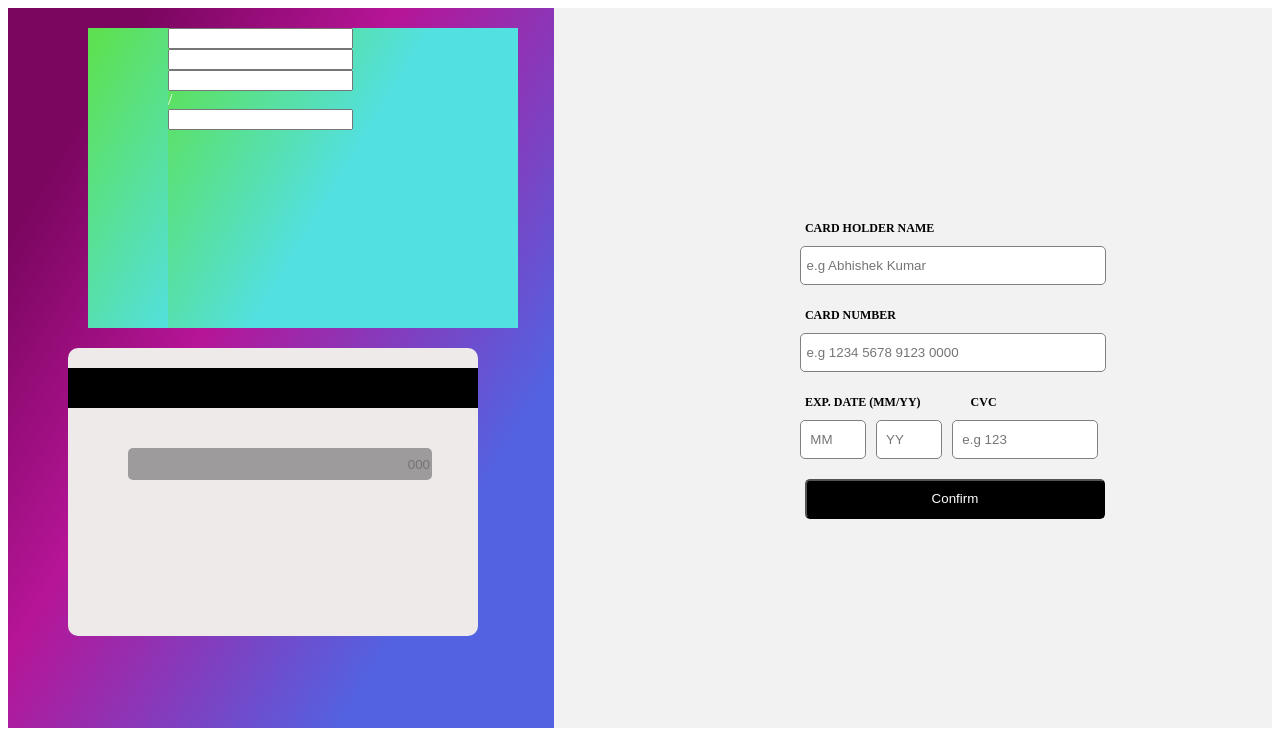
Repository: Abhi2359/frontendchallenge-1
Page: /
An editor plug-in stored every save of this project. The page is shown before and after the next save, followed by the edit.
The browser window is 1280 px wide. The pictures show the whole page.
The project was rebuilt for these pictures with package versions that can differ from the ones it lists, and the page was loaded fresh each time.

Above is the page before, as saved 2023-02-15 22:17:56.

### src/App.js


import Card1 from "./components/Cards/Card1";
import Layout from "./components/Layout/Layout";


function App() {
  return (
    <div className="App">


      <Layout/>
    {/*


    <Card1/>
    */}

    </div>
  );
}

export default App;

### src/components/Cards/Card1.js
import React from "react";
import style from "./Card1.css";

function Card1({ cardNumber, cardHolderName, expMonth, expYear }) {
  return (
    <>
      <div className="card1">
        <div class="cardinput">
          <div class="_card__number">
            <input type="text" value={cardNumber} readOnly id="input" />
          </div>

          <div class="_card__details">
            <input type="text" value={cardHolderName} readOnly id="input" />
            <div class="expiry">
              <input type="text" value={expMonth} readOnly id="input" />
              <div class="slash">/</div>
              <input type="text" value={expYear} readOnly id="input"/>
            </div>
          </div>
        </div>
      </div>
    </>
  );
}

export default Card1;

### src/components/Layout/Layout.js
import React, { useState } from "react";


import Card1 from "../Cards/Card1";
import Card2 from "../Cards/Card2";
import style from "./layout.css";


function Layout() {
  const [cardHolderName, setCardHolderName] = useState("");
  const [cardNumber, setCardNumber] = useState("");
  const [expMonth, setExpMonth] = useState("");
  const [expYear, setExpYear] = useState("");
  const [cvc, setCvc] = useState("");



  const handleInputChange = (e) => {
    setCardNumber(e.target.value);
  };
  const handleCardHolderName = (e) => {
    setCardHolderName(e.target.value);
  };
  const handleExpMonth = (e) => {
    setExpMonth(e.target.value);
  };
  const handleExpYear = (e) => {
    setExpYear(e.target.value);
  };
  const handleCvc = (e) => {
    setCvc(e.target.value);
  };
  return (
    <>

      <div class="layout">
        <div class="partitions">
          <div class="partition1">
            <div class="card1">
              <Card1
                cardNumber={cardNumber}
                cardHolderName={cardHolderName}
                expMonth={expMonth}
                expYear={expYear}
              />
            </div>
            <div class="card2">
              <Card2 cvc={cvc} />
            </div>
          </div>

          <div class="partition2">

            <form action="" className="Form">
              <label for="Username">CARD HOLDER NAME</label> <br />
              <input
                value={cardHolderName}
                onChange={handleCardHolderName}
                className="card_holder"
                type="text"
                id="username"
                name="username"
                placeholder=" e.g Abhishek Kumar"
              required
              />
              <br />
              <label for="number">CARD NUMBER</label> <br />
              <input
                value={cardNumber}
                onChange={handleInputChange}
                className="card_number"
                pattern="[0-9]{4}-[0-9]{4}-[0-9]{4}"
                type="text"
                id="number"
                name="number"
                placeholder=" e.g 1234 5678 9123 0000"
              required
              />{" "}
              <br />
              <div className="exp_date">
                <label for="number">EXP. DATE (MM/YY)</label>
                <label for="number" className="cvc">
                  CVC
                </label>
                <div className="exp_date_input">
                  <input
                    value={expMonth}
                    onChange={handleExpMonth}
                    type="text"
                    id="number"
                    name="number"
                    placeholder="  MM"
                  required
                    className="number"
                  />
                  <input
                    value={expYear}
                    onChange={handleExpYear}
                    type="text"
                    id="number"
                    name="number"
                    placeholder="  YY"
                    required
                    className="number"
                  />
                  <input
                    value={cvc}
                    onChange={handleCvc}
                    type="text"
                    id="cvc"
                    name="number"
                    placeholder="  e.g 123"
                  required
                    className="number"
                  />
                </div>
                <button className="button">Confirm</button>
              </div>
            </form>

          </div>
        </div>
      </div>


    </>
  );
}

export default Layout;

### src/components/Cards/Card1.css
.card1 {

  background: rgb(93,225,83);
background: linear-gradient(121deg, rgba(93,225,83,1) 3%, rgba(83,224,225,1) 50%);
 height: 300px;
}

.cardinput{
  width: 100%;
}

### src/components/Cards/Card2.js
import React from "react";
import style from "./Card2.css";

function Card2({ cvc }) {
  return (
    <>
      <div className="card2">
        <div class="_card__number2">
          <input
            type="text"
            value={cvc}
            readOnly
            className="card2_input"
            placeholder="000"
          />
        </div>
      </div>
    </>
  );
}

export default Card2;

### src/components/Layout/layout.css
.layout{

    margin: 0;
    padding: 0;
    height: 100vh;
}
.partitions
{
    height: 100%;
display: flex;
flex-wrap: wrap;
flex-direction: row;
justify-content: space-between;
}

.partition1{
    background: linear-gradient(121deg, rgb(122, 6, 95) 14%, rgba(182,21,151,1) 40%, rgba(83,98,225,1) 78%);

height: 100vh;
flex-grow: 1;
color: white;
width: 40%;

}

.partition2{
background-color: rgb(243, 242, 242);
 height: 100vh;
flex-grow: 8;
display: flex;
align-items: center;
justify-content: center;
}

.Form{
    margin-left: 80px;

}

.Form input{
    margin: 5px;
    height: 35px;
    margin-top: 10px;
    margin-bottom: 20px;

}

.card_holder{
    width: 300px;
    border: 1px solid gray;
    border-radius: 5px;
}
.card_number{
    width: 300px;
    border: 1px solid gray;
    border-radius: 5px;
}
label{
    font-size: 12px;
    font-weight: bold;
    padding-left: 10px;
}



.cvc{
    margin-left: 40px;
}

.number{
    width: 60px;
    border: 1px solid gray;
    border-radius: 5px;
}
#cvc{
    width: 140px;
    border: 1px solid gray;
    border-radius: 5px;
}
.button{
    width: 300px;
    margin-left: 10px;
    background-color: black;

    color: white;
    height: 40px;
    border-radius: 5px;
 }

.partitiion1 ,h1{
margin-left: 100px;
}

.card1{
    margin-top: 20px;
    margin-left: 80px;
    width: 350px;



}

.card2{
    margin-top: 20px;
    margin-left: 60px;
}

### src/components/Cards/Card2.css
.card2{
    /* background: rgb(60,6,122); */
    background-color: rgb(239, 234, 234);
    /* background: linear-gradient(121deg, rgba(60,6,122,1) 14%, rgba(182,21,151,1) 40%, rgba(83,98,225,1) 78%); */
    height: 40vh;
    width: 350px;
    border-radius: 10px;
    position: relative;

    margin-top: 20px;


}
.card2::before {
    content: "";
    position: absolute;
    /* top: 0;
    left: 0; */
    width: 100%;
    height: 40px;
    background-color: black;
    margin-top: 20px;
  }


._card__number2 input{

    margin-top: 100px;
    height: 30px;
width: 300px;
text-align: end;
border: none;
}


 .card2_input{
    height: 30px;
    width: 100px;
    border-radius: 5px;
    background-color: rgb(157, 155, 155);
    color: white;
}



.strip{
    background-color: black;
   width: 100%;

}

Loaded but not shown: public/index.html (common file); src/index.js (common file)

After the next save:
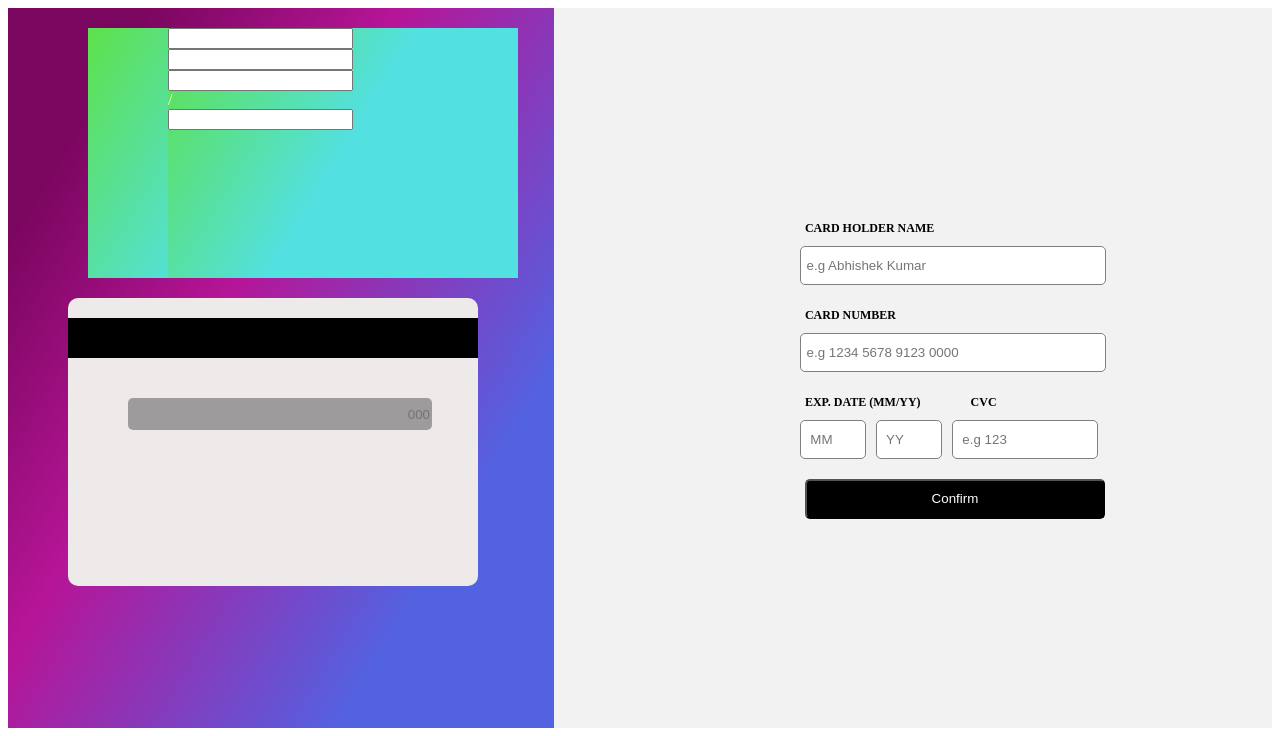
Saved 71 s later.
--- a/src/components/Cards/Card1.css
+++ b/src/components/Cards/Card1.css
@@ -2,7 +2,7 @@
 
   background: rgb(93,225,83);
 background: linear-gradient(121deg, rgba(93,225,83,1) 3%, rgba(83,224,225,1) 50%);
- height: 300px;
+ height: 250px;
 }
 
 .cardinput{
